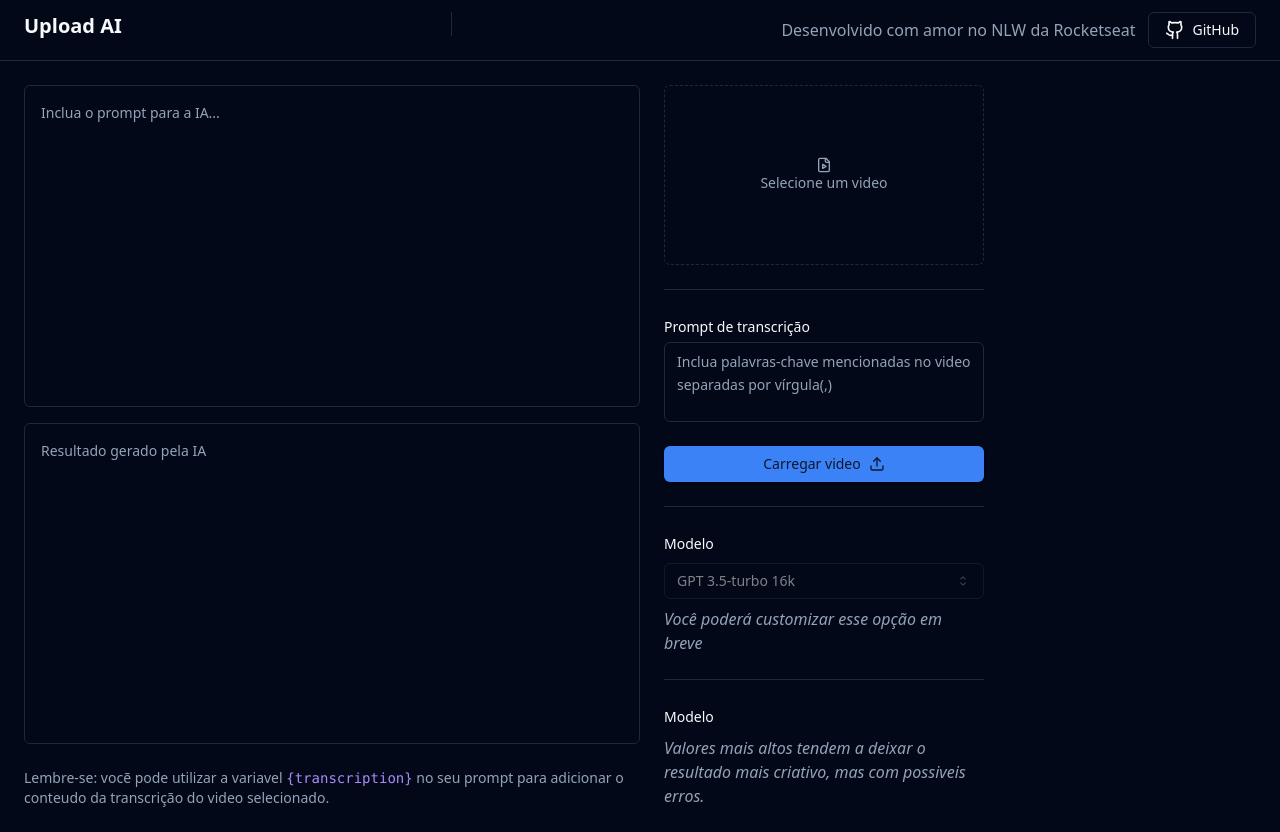
Repository: brksaian/nlw-2023-IA
Page: /
These files come from the project's save history. The page is drawn as it stood at one moment and after the next save; the edit follows.
The browser window is 1280 px wide. The pictures show the whole page.
The project was rebuilt for these pictures with package versions that can differ from the ones it lists, and the page was loaded fresh each time. Also part of the build but not shown: vite.config.ts.

Above is the page before, as saved 2023-09-13 00:59:58.

### index.html
<!DOCTYPE html>
<html lang="en">
  <head>
    <meta charset="UTF-8" />
    <meta name="viewport" content="width=device-width, initial-scale=1.0" />
    <title>Upload AI</title>
  </head>
  <body>
    <div id="root"></div>
    <script type="module" src="/src/main.tsx"></script>
  </body>
</html>

### src/App.tsx
import { Button } from "./components/ui/button";
import { Github, FileVideo, Upload } from "lucide-react";
import { Separator } from "./components/ui/separator";
import { Textarea } from "./components/ui/textarea";
import { Label } from "./components/ui/label";
import {
  Select,
  SelectContent,
  SelectItem,
  SelectTrigger,
  SelectValue,
} from "./components/ui/select";

export function App() {
  return (
    <div className="min-h-screen flex flex-col">
      <div className="px-6 py-3 flex item-center justify-between border-b">
        <h1 className="text-xl font-bold">Upload AI</h1>

        <Separator orientation="vertical" className="h-6" />

        <div className="flex items-center gap-3">
          <span className="text-small text-muted-foreground">
            Desenvolvido com amor no NLW da Rocketseat
          </span>
          <Button variant="outline">
            <Github className="w-5 h-5 mr-2" />
            GitHub
          </Button>
        </div>
      </div>
      <main className="flex-1 p-6 flex gap-6">
        <div className="flex flex-col gap-6 w-1/2">
          <div className="grid grid-rows-2 gap-4 flex-1">
            <Textarea
              placeholder="Inclua o prompt para a IA..."
              className="resize-none p-4 leading-relaxed"
            />
            <Textarea
              placeholder="Resultado gerado pela IA"
              className="resize-none p-4 leading-relaxed"
              readOnly
            />
          </div>
          <p className="text-sm text-muted-foreground">
            Lembre-se: vocẽ pode utilizar a variavel{" "}
            <code className="text-violet-400">{"{transcription}"}</code> no seu
            prompt para adicionar o conteudo da transcrição do video
            selecionado.
          </p>
        </div>
        <aside className="w-80 space-y-6">
          <form className="space-y-6">
            <label
              htmlFor="video"
              className="border flex rounded-md aspect-video cursor-pointer border-dashed text-sm flex-col items-center justify-center text-muted-foreground hover:bg-primary/5"
            >
              <FileVideo className="w-4 h-4" />
              Selecione um video
            </label>
            <input
              type="file"
              name="video"
              id="video"
              className="sr-only"
              accept="video/mp4"
            />

            <Separator />

            <div className="space-y-1">
              <Label htmlFor="transcription-prompt">
                Prompt de transcrição
              </Label>
              <Textarea
                id="transcription-prompt"
                placeholder="Inclua palavras-chave mencionadas no video separadas por vírgula(,)"
                className="h-20 leading-relaxed resize-none"
              />
            </div>

            <Button className="w-full">
              Carregar video
              <Upload className="w-4 h-4 ml-2" />
            </Button>
          </form>

          <Separator />

          <form className="space-y-6">
            <div className="space-y-2">
              <Label htmlFor="keywords">Modelo</Label>
              <Select disabled defaultValue="gpt3.5">
                <SelectTrigger>
                  <SelectValue />
                </SelectTrigger>
                <SelectContent>
                  <SelectItem value={"gpt3.5"}>GPT 3.5-turbo 16k</SelectItem>
                </SelectContent>
              </Select>
              <span className="text-xm text-muted-foreground block italic">
                Você poderá customizar esse opção em breve
              </span>
            </div>
          </form>

          <Separator />

          <form className="space-y-6">
            <div className="space-y-2">
              <Label htmlFor="keywords">Modelo</Label>

              <span className="text-xm text-muted-foreground block italic">
                Valores mais altos tendem a deixar o resultado mais criativo,
                mas com possiveis erros.
              </span>
            </div>
          </form>
        </aside>
      </main>
    </div>
  );
}

### src/index.css
@tailwind base;
@tailwind components;
@tailwind utilities;

@layer base {
  :root {
    --background: 222.2 84% 4.9%;
    --foreground: 210 40% 98%;
    --card: 222.2 84% 4.9%;
    --card-foreground: 210 40% 98%;
    --popover: 222.2 84% 4.9%;
    --popover-foreground: 210 40% 98%;
    --primary: 217.2 91.2% 59.8%;
    --primary-foreground: 222.2 47.4% 11.2%;
    --secondary: 217.2 32.6% 17.5%;
    --secondary-foreground: 210 40% 98%;
    --muted: 217.2 32.6% 17.5%;
    --muted-foreground: 215 20.2% 65.1%;
    --accent: 217.2 32.6% 17.5%;
    --accent-foreground: 210 40% 98%;
    --destructive: 0 62.8% 30.6%;
    --destructive-foreground: 210 40% 98%;
    --border: 217.2 32.6% 17.5%;
    --input: 217.2 32.6% 17.5%;
    --ring: 224.3 76.3% 48%;

    --radius: 0.5rem;
  }
}

@layer base {
  * {
    @apply border-border;
  }
  body {
    @apply bg-background text-foreground;
  }
}

### src/components/ui/button.tsx
import * as React from "react"
import { Slot } from "@radix-ui/react-slot"
import { cva, type VariantProps } from "class-variance-authority"

import { cn } from "@/lib/utils"

const buttonVariants = cva(
  "inline-flex items-center justify-center rounded-md text-sm font-medium transition-colors focus-visible:outline-none focus-visible:ring-1 focus-visible:ring-ring disabled:pointer-events-none disabled:opacity-50",
  {
    variants: {
      variant: {
        default:
          "bg-primary text-primary-foreground shadow hover:bg-primary/90",
        destructive:
          "bg-destructive text-destructive-foreground shadow-sm hover:bg-destructive/90",
        outline:
          "border border-input bg-transparent shadow-sm hover:bg-accent hover:text-accent-foreground",
        secondary:
          "bg-secondary text-secondary-foreground shadow-sm hover:bg-secondary/80",
        ghost: "hover:bg-accent hover:text-accent-foreground",
        link: "text-primary underline-offset-4 hover:underline",
      },
      size: {
        default: "h-9 px-4 py-2",
        sm: "h-8 rounded-md px-3 text-xs",
        lg: "h-10 rounded-md px-8",
        icon: "h-9 w-9",
      },
    },
    defaultVariants: {
      variant: "default",
      size: "default",
    },
  }
)

export interface ButtonProps
  extends React.ButtonHTMLAttributes<HTMLButtonElement>,
    VariantProps<typeof buttonVariants> {
  asChild?: boolean
}

const Button = React.forwardRef<HTMLButtonElement, ButtonProps>(
  ({ className, variant, size, asChild = false, ...props }, ref) => {
    const Comp = asChild ? Slot : "button"
    return (
      <Comp
        className={cn(buttonVariants({ variant, size, className }))}
        ref={ref}
        {...props}
      />
    )
  }
)
Button.displayName = "Button"

export { Button, buttonVariants }

### src/components/ui/separator.tsx
import * as React from "react"
import * as SeparatorPrimitive from "@radix-ui/react-separator"

import { cn } from "@/lib/utils"

const Separator = React.forwardRef<
  React.ElementRef<typeof SeparatorPrimitive.Root>,
  React.ComponentPropsWithoutRef<typeof SeparatorPrimitive.Root>
>(
  (
    { className, orientation = "horizontal", decorative = true, ...props },
    ref
  ) => (
    <SeparatorPrimitive.Root
      ref={ref}
      decorative={decorative}
      orientation={orientation}
      className={cn(
        "shrink-0 bg-border",
        orientation === "horizontal" ? "h-[1px] w-full" : "h-full w-[1px]",
        className
      )}
      {...props}
    />
  )
)
Separator.displayName = SeparatorPrimitive.Root.displayName

export { Separator }

### src/components/ui/textarea.tsx
import * as React from "react"

import { cn } from "@/lib/utils"

export interface TextareaProps
  extends React.TextareaHTMLAttributes<HTMLTextAreaElement> {}

const Textarea = React.forwardRef<HTMLTextAreaElement, TextareaProps>(
  ({ className, ...props }, ref) => {
    return (
      <textarea
        className={cn(
          "flex min-h-[60px] w-full rounded-md border border-input bg-transparent px-3 py-2 text-sm shadow-sm placeholder:text-muted-foreground focus-visible:outline-none focus-visible:ring-1 focus-visible:ring-ring disabled:cursor-not-allowed disabled:opacity-50",
          className
        )}
        ref={ref}
        {...props}
      />
    )
  }
)
Textarea.displayName = "Textarea"

export { Textarea }

### src/components/ui/label.tsx
import * as React from "react"
import * as LabelPrimitive from "@radix-ui/react-label"
import { cva, type VariantProps } from "class-variance-authority"

import { cn } from "@/lib/utils"

const labelVariants = cva(
  "text-sm font-medium leading-none peer-disabled:cursor-not-allowed peer-disabled:opacity-70"
)

const Label = React.forwardRef<
  React.ElementRef<typeof LabelPrimitive.Root>,
  React.ComponentPropsWithoutRef<typeof LabelPrimitive.Root> &
    VariantProps<typeof labelVariants>
>(({ className, ...props }, ref) => (
  <LabelPrimitive.Root
    ref={ref}
    className={cn(labelVariants(), className)}
    {...props}
  />
))
Label.displayName = LabelPrimitive.Root.displayName

export { Label }

### src/components/ui/select.tsx
import * as React from "react"
import { CaretSortIcon, CheckIcon } from "@radix-ui/react-icons"
import * as SelectPrimitive from "@radix-ui/react-select"

import { cn } from "@/lib/utils"

const Select = SelectPrimitive.Root

const SelectGroup = SelectPrimitive.Group

const SelectValue = SelectPrimitive.Value

const SelectTrigger = React.forwardRef<
  React.ElementRef<typeof SelectPrimitive.Trigger>,
  React.ComponentPropsWithoutRef<typeof SelectPrimitive.Trigger>
>(({ className, children, ...props }, ref) => (
  <SelectPrimitive.Trigger
    ref={ref}
    className={cn(
      "flex h-9 w-full items-center justify-between rounded-md border border-input bg-transparent px-3 py-2 text-sm shadow-sm ring-offset-background placeholder:text-muted-foreground focus:outline-none focus:ring-1 focus:ring-ring disabled:cursor-not-allowed disabled:opacity-50",
      className
    )}
    {...props}
  >
    {children}
    <SelectPrimitive.Icon asChild>
      <CaretSortIcon className="h-4 w-4 opacity-50" />
    </SelectPrimitive.Icon>
  </SelectPrimitive.Trigger>
))
SelectTrigger.displayName = SelectPrimitive.Trigger.displayName

const SelectContent = React.forwardRef<
  React.ElementRef<typeof SelectPrimitive.Content>,
  React.ComponentPropsWithoutRef<typeof SelectPrimitive.Content>
>(({ className, children, position = "popper", ...props }, ref) => (
  <SelectPrimitive.Portal>
    <SelectPrimitive.Content
      ref={ref}
      className={cn(
        "relative z-50 min-w-[8rem] overflow-hidden rounded-md border bg-popover text-popover-foreground shadow-md data-[state=open]:animate-in data-[state=closed]:animate-out data-[state=closed]:fade-out-0 data-[state=open]:fade-in-0 data-[state=closed]:zoom-out-95 data-[state=open]:zoom-in-95 data-[side=bottom]:slide-in-from-top-2 data-[side=left]:slide-in-from-right-2 data-[side=right]:slide-in-from-left-2 data-[side=top]:slide-in-from-bottom-2",
        position === "popper" &&
          "data-[side=bottom]:translate-y-1 data-[side=left]:-translate-x-1 data-[side=right]:translate-x-1 data-[side=top]:-translate-y-1",
        className
      )}
      position={position}
      {...props}
    >
      <SelectPrimitive.Viewport
        className={cn(
          "p-1",
          position === "popper" &&
            "h-[var(--radix-select-trigger-height)] w-full min-w-[var(--radix-select-trigger-width)]"
        )}
      >
        {children}
      </SelectPrimitive.Viewport>
    </SelectPrimitive.Content>
  </SelectPrimitive.Portal>
))
SelectContent.displayName = SelectPrimitive.Content.displayName

const SelectLabel = React.forwardRef<
  React.ElementRef<typeof SelectPrimitive.Label>,
  React.ComponentPropsWithoutRef<typeof SelectPrimitive.Label>
>(({ className, ...props }, ref) => (
  <SelectPrimitive.Label
    ref={ref}
    className={cn("px-2 py-1.5 text-sm font-semibold", className)}
    {...props}
  />
))
SelectLabel.displayName = SelectPrimitive.Label.displayName

const SelectItem = React.forwardRef<
  React.ElementRef<typeof SelectPrimitive.Item>,
  React.ComponentPropsWithoutRef<typeof SelectPrimitive.Item>
>(({ className, children, ...props }, ref) => (
  <SelectPrimitive.Item
    ref={ref}
    className={cn(
      "relative flex w-full cursor-default select-none items-center rounded-sm py-1.5 pl-2 pr-8 text-sm outline-none focus:bg-accent focus:text-accent-foreground data-[disabled]:pointer-events-none data-[disabled]:opacity-50",
      className
    )}
    {...props}
  >
    <span className="absolute right-2 flex h-3.5 w-3.5 items-center justify-center">
      <SelectPrimitive.ItemIndicator>
        <CheckIcon className="h-4 w-4" />
      </SelectPrimitive.ItemIndicator>
    </span>
    <SelectPrimitive.ItemText>{children}</SelectPrimitive.ItemText>
  </SelectPrimitive.Item>
))
SelectItem.displayName = SelectPrimitive.Item.displayName

const SelectSeparator = React.forwardRef<
  React.ElementRef<typeof SelectPrimitive.Separator>,
  React.ComponentPropsWithoutRef<typeof SelectPrimitive.Separator>
>(({ className, ...props }, ref) => (
  <SelectPrimitive.Separator
    ref={ref}
    className={cn("-mx-1 my-1 h-px bg-muted", className)}
    {...props}
  />
))
SelectSeparator.displayName = SelectPrimitive.Separator.displayName

export {
  Select,
  SelectGroup,
  SelectValue,
  SelectTrigger,
  SelectContent,
  SelectLabel,
  SelectItem,
  SelectSeparator,
}

### src/components/ui/slider.tsx
import * as React from "react"
import * as SliderPrimitive from "@radix-ui/react-slider"

import { cn } from "@/lib/utils"

const Slider = React.forwardRef<
  React.ElementRef<typeof SliderPrimitive.Root>,
  React.ComponentPropsWithoutRef<typeof SliderPrimitive.Root>
>(({ className, ...props }, ref) => (
  <SliderPrimitive.Root
    ref={ref}
    className={cn(
      "relative flex w-full touch-none select-none items-center",
      className
    )}
    {...props}
  >
    <SliderPrimitive.Track className="relative h-1.5 w-full grow overflow-hidden rounded-full bg-primary/20">
      <SliderPrimitive.Range className="absolute h-full bg-primary" />
    </SliderPrimitive.Track>
    <SliderPrimitive.Thumb className="block h-4 w-4 rounded-full border border-primary/50 bg-background shadow transition-colors focus-visible:outline-none focus-visible:ring-1 focus-visible:ring-ring disabled:pointer-events-none disabled:opacity-50" />
  </SliderPrimitive.Root>
))
Slider.displayName = SliderPrimitive.Root.displayName

export { Slider }

Loaded but not shown: src/main.tsx (common file); src/lib/utils.ts (common file); tailwind.config.js (common file)

After the next save:
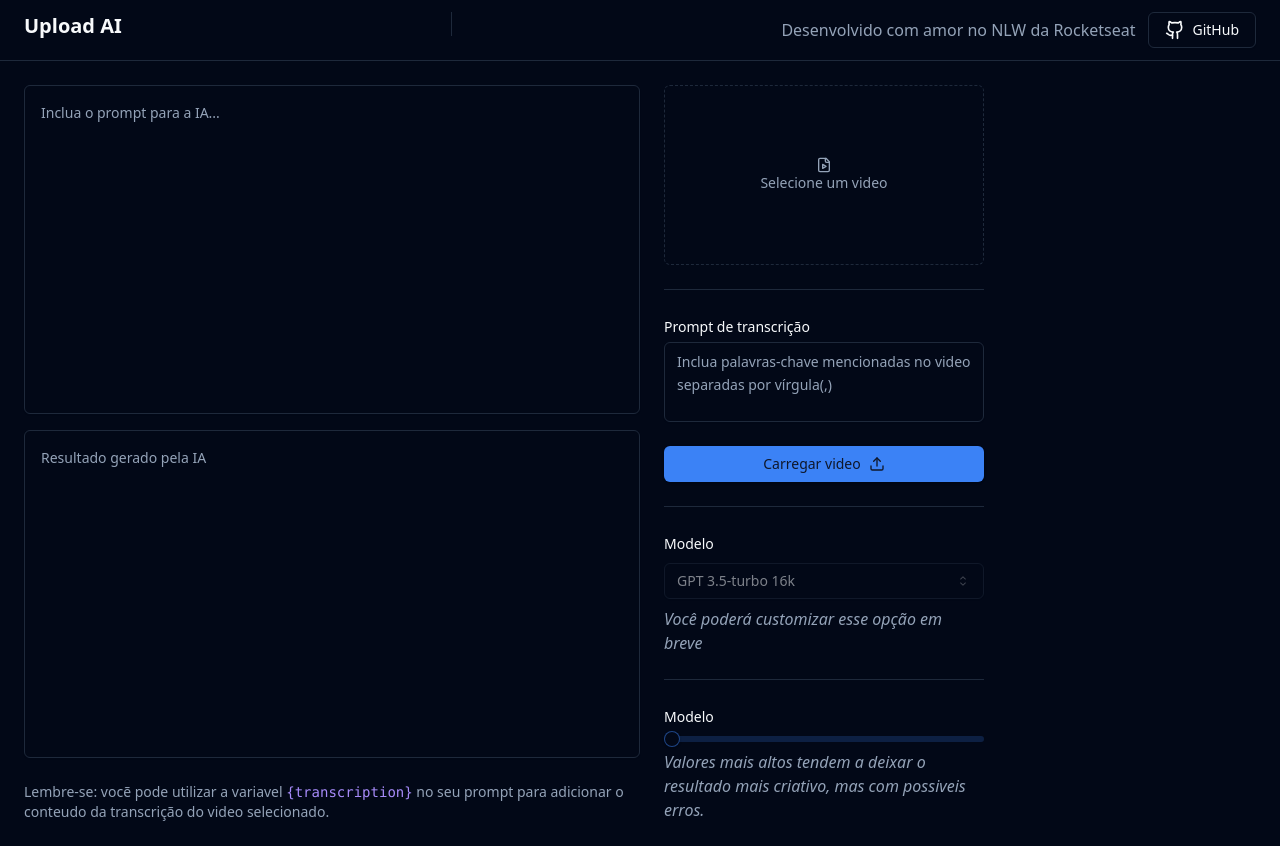
Saved 34 s later.
--- a/src/App.tsx
+++ b/src/App.tsx
@@ -10,6 +10,7 @@ import {
   SelectTrigger,
   SelectValue,
 } from "./components/ui/select";
+import { Slider } from "./components/ui/slider";
 
 export function App() {
   return (
@@ -109,7 +110,7 @@ export function App() {
           <form className="space-y-6">
             <div className="space-y-2">
               <Label htmlFor="keywords">Modelo</Label>
-
+              <Slider />
               <span className="text-xm text-muted-foreground block italic">
                 Valores mais altos tendem a deixar o resultado mais criativo,
                 mas com possiveis erros.
